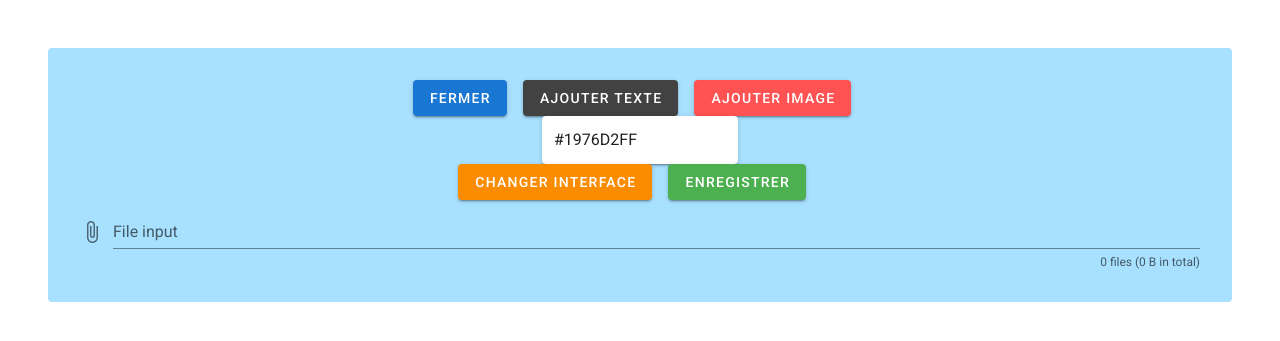
Repository: Hamagistral/BannerApp-Vue
Page: /#/dynamicPage
An editor plug-in stored every save of this project. The page is shown before and after the next save, followed by the edit.
The browser window is 1280 px wide. The pictures show the whole page.
The project was rebuilt for these pictures with package versions that can differ from the ones it lists, and the page was loaded fresh each time. Also part of the build but not shown: vue.config.js, src/components/WidgetText.vue, src/components/WidgetImage.vue, src/components/Home.vue.

Above is the page before, as saved 2023-02-07 01:45:50.

After the next save:
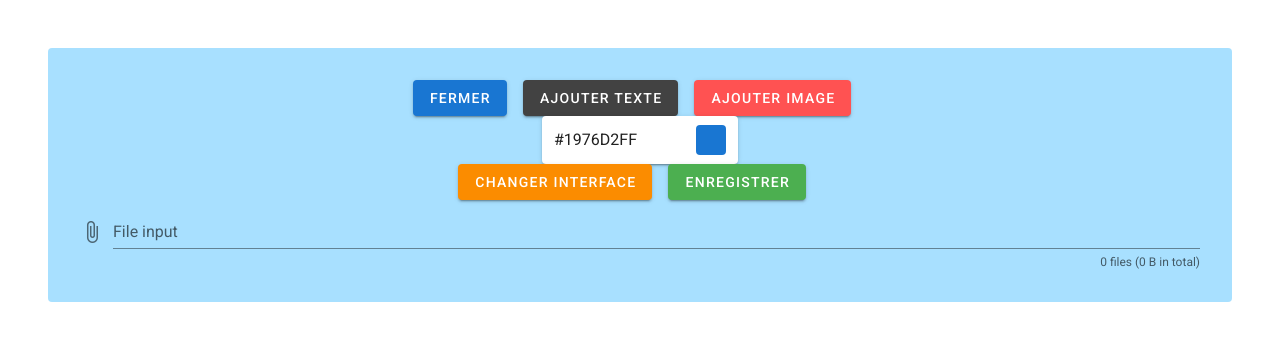
Saved 30 s later.
--- a/src/components/DynamicPage.vue
+++ b/src/components/DynamicPage.vue
@@ -118,17 +118,19 @@ export default {
         alert('Erreur, Veuillez choisir !')
       }
     },
+  },
+  computed: {
     swatchStyle() {
-        const { color, menu } = this
-        return {
-          backgroundColor: color,
-          cursor: 'pointer',
-          height: '30px',
-          width: '30px',
-          borderRadius: menu ? '50%' : '4px',
-          transition: 'border-radius 200ms ease-in-out'
-        }
-      },
-  },
+      const { color, menu } = this
+      return {
+        backgroundColor: color,
+        cursor: 'pointer',
+        height: '30px',
+        width: '30px',
+        borderRadius: menu ? '50%' : '4px',
+        transition: 'border-radius 200ms ease-in-out'
+      }
+    }
+  }
 };
 </script>
